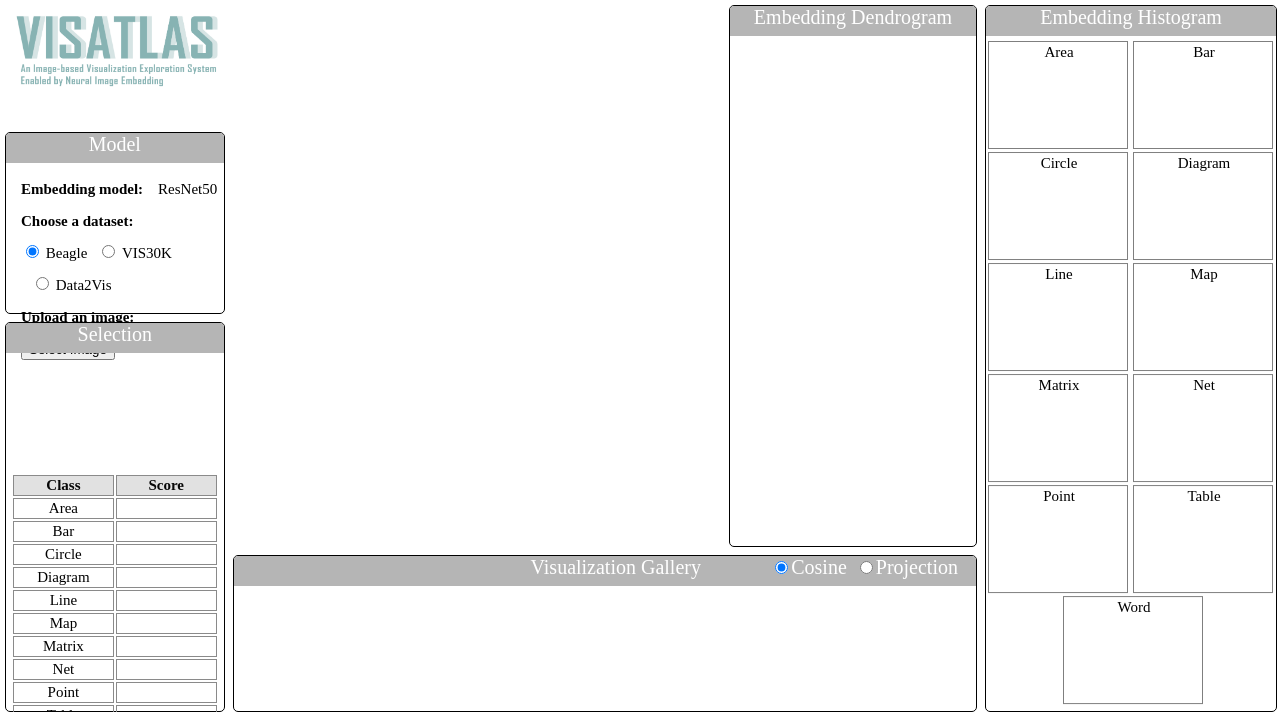
Repository: yilinye/AI_and_human_paintings
Page: / (app in VIS4AI_art/Frontend/)
These files come from the project's save history. The page is drawn as it stood at one moment and after the next save; the edit follows.
The browser window is 1280 px wide. The pictures show the whole page.
The page's requests for data from a server got no answer. The project was rebuilt for these pictures with package versions that can differ from the ones it lists, and the page was loaded fresh each time. No one was signed in, and anything a server would have sent is missing. Also part of the build but not shown: VIS4AI_art/Frontend/vite.config.js, VIS4AI_art/Frontend/vue.config.js, VIS4AI_art/Frontend/src/components/WelcomeItem.vue, VIS4AI_art/Frontend/src/components/icons/IconDocumentation.vue, VIS4AI_art/Frontend/src/components/icons/IconTooling.vue, VIS4AI_art/Frontend/src/components/icons/IconEcosystem.vue, VIS4AI_art/Frontend/src/components/icons/IconCommunity.vue, VIS4AI_art/Frontend/src/components/icons/IconSupport.vue and 2 more.

Above is the page before, as saved 2022-04-30 21:09:27.

After the next save:
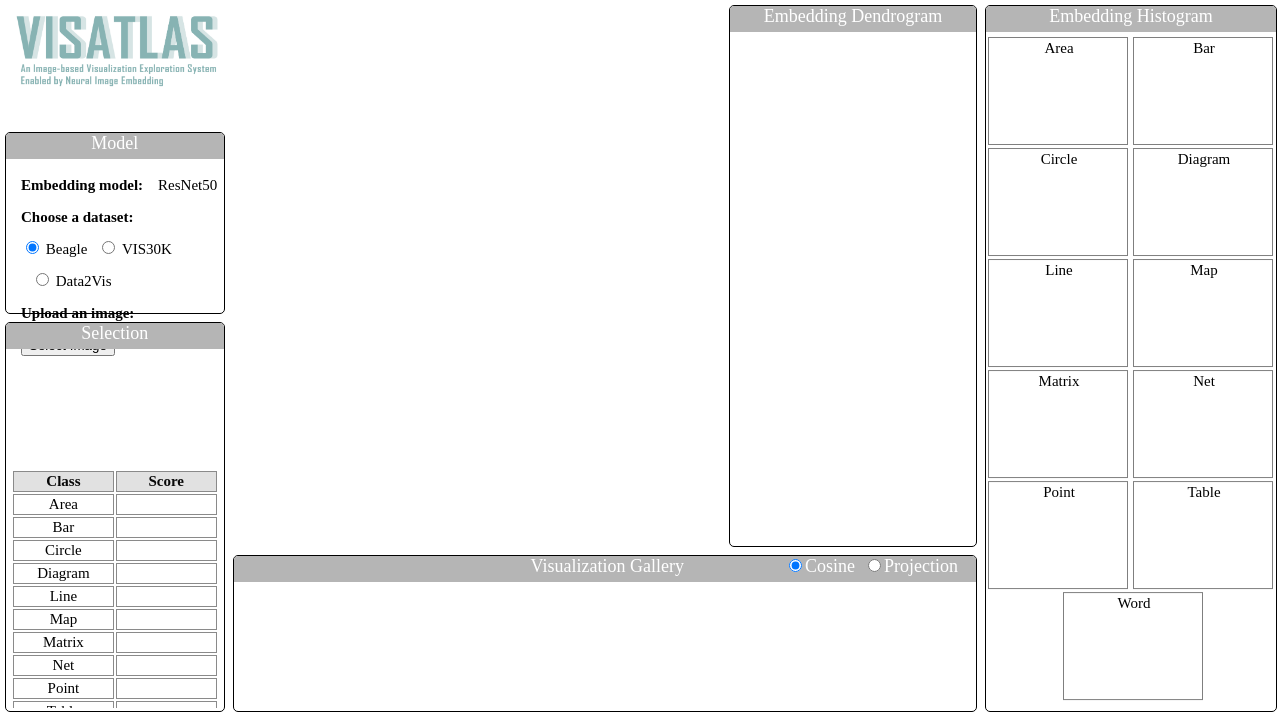
Saved 21 s later.
--- a/VIS4AI_art/Frontend/src/assets/base.css
+++ b/VIS4AI_art/Frontend/src/assets/base.css
@@ -10,14 +10,14 @@ body {
 
 #titleBar {
   background: rgb(181, 181, 181);
-  height: 30px;
+  height: 26px;
   width: calc(100% + 0px);
   border-radius: 4px 4px 0px 0px;
   /* border: solid 1px; */
   transform: translate(0px);
   text-align: center;
   color: white;
-  font-size: 20px;
+  font-size: 18px;
 }
 
 
